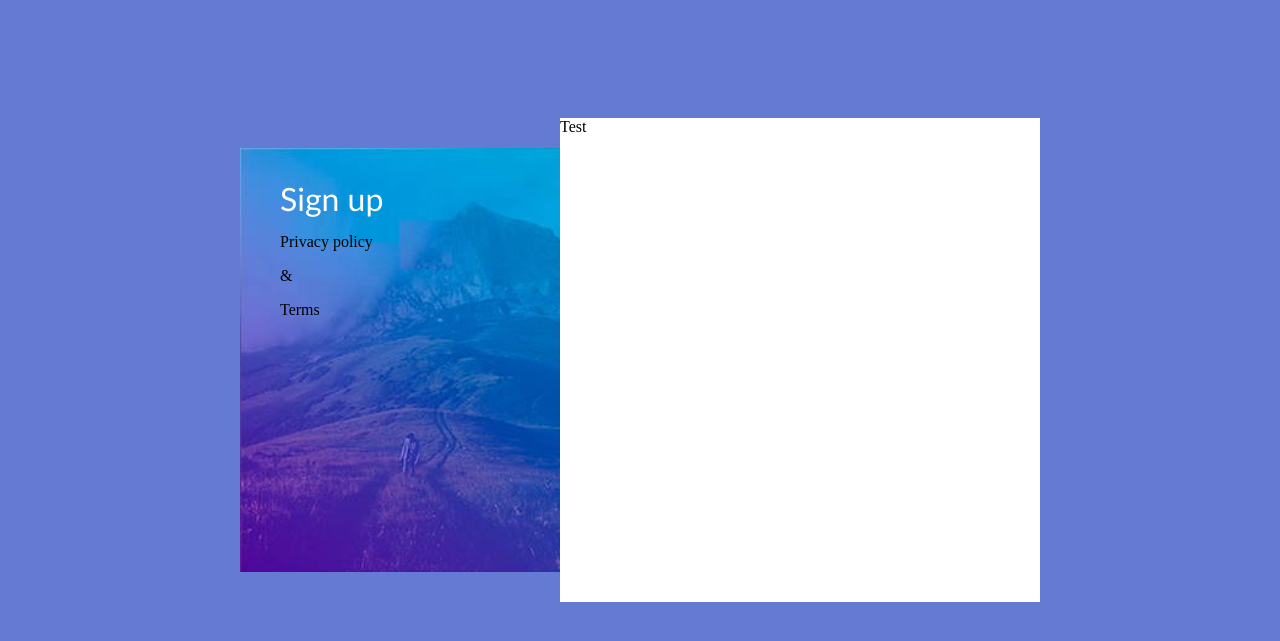
Repository: RugileG/registracijos-forma
Page: index.html
These files come from the project's save history. The page is drawn as it stood at one moment and after a run of saves; the edit follows.
The browser window is 1280 px wide. The pictures show the whole page.

Above is the page before, as saved 2021-05-17 12:06:18.

### index.html
<!DOCTYPE html>
<html lang="en">
<head>
    <meta charset="UTF-8">
    <meta http-equiv="X-UA-Compatible" content="IE=edge">
    <meta name="viewport" content="width=device-width, initial-scale=1.0">
    <title>Registracija</title>
    <style>

        html {
            height: 100%;
        }

        body {
            max-width: 800px;
            min-height: 100%;
            margin: 0 auto;
            position: relative;
            background-color: #657AD3;
        }

        .container {
            width: 100%;
            position: absolute;
            top: 50%;
            transform: translateY(-50%);
        }

        .left-column, .right-column {
            float:left;
            height: 484px;
        }

        .left-column {
            width: 40%;
            background-color: transparent;
        }

        .right-column {
            width: 60%;
            background-color: #FFFFFF ;
        }

        .left-column-container {
            display: block;
            height: 424px;
            background-color: red;
            margin-top: 30px;
            background: transparent url('img/mountain.png') 0% 0% no-repeat padding-box;
            background-size: cover;
            padding-left: 40px;
        }

        h1 {
            font: normal normal normal 32px/37px Gill Sans MT;
            color: #FFFFFF;
            margin: 0;
            padding-top: 32px;
        }


    </style>
</head>
<body>
    <div class='container'>
        <div class='left-column'>
            <div class='left-column-container'>
                <h1>Sign up</h1>

                <div class='links'>
                    <p>Privacy policy</p>
                    <p>&</p>
                    <p>Terms</p>
                </div>
            </div>
        </div>
        <div class='right-column'>Test</div>
    </div>
</body>
</html>

After the next 3 saves:
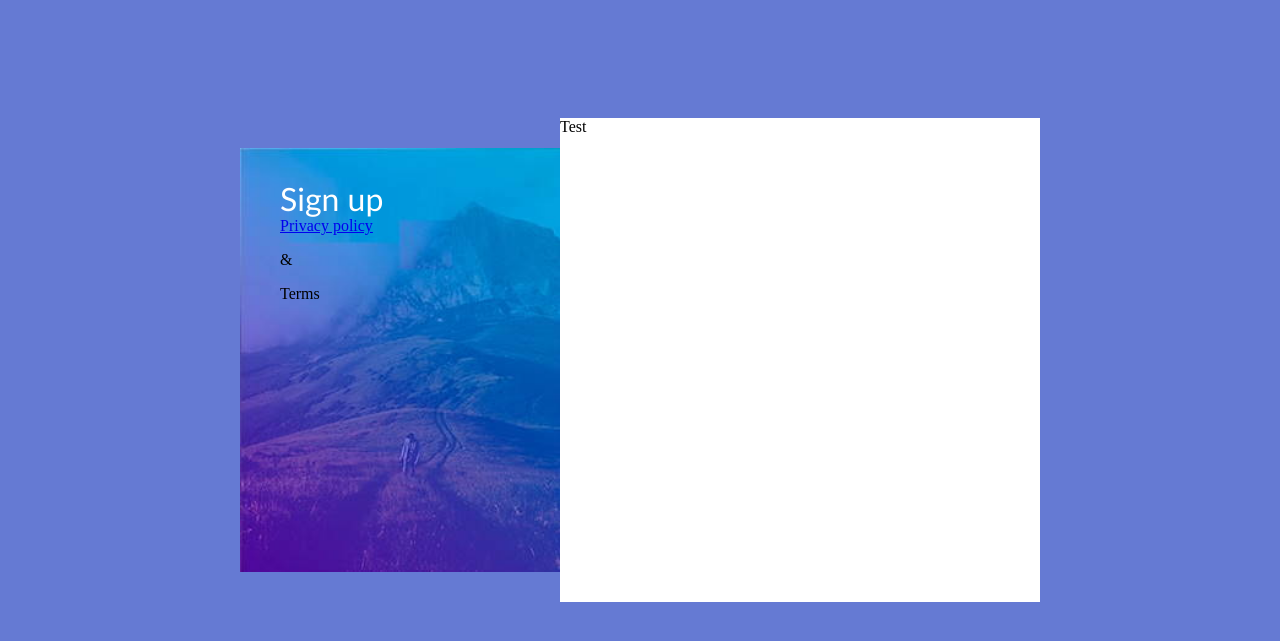
The 3 saves are shown as one change because they came seconds apart.
The last was saved 8 s later.
--- a/index.html
+++ b/index.html
@@ -68,7 +68,7 @@
                 <h1>Sign up</h1>
 
                 <div class='links'>
-                    <p>Privacy policy</p>
+                    <a href='#'>Privacy policy</a>
                     <p>&</p>
                     <p>Terms</p>
                 </div>
